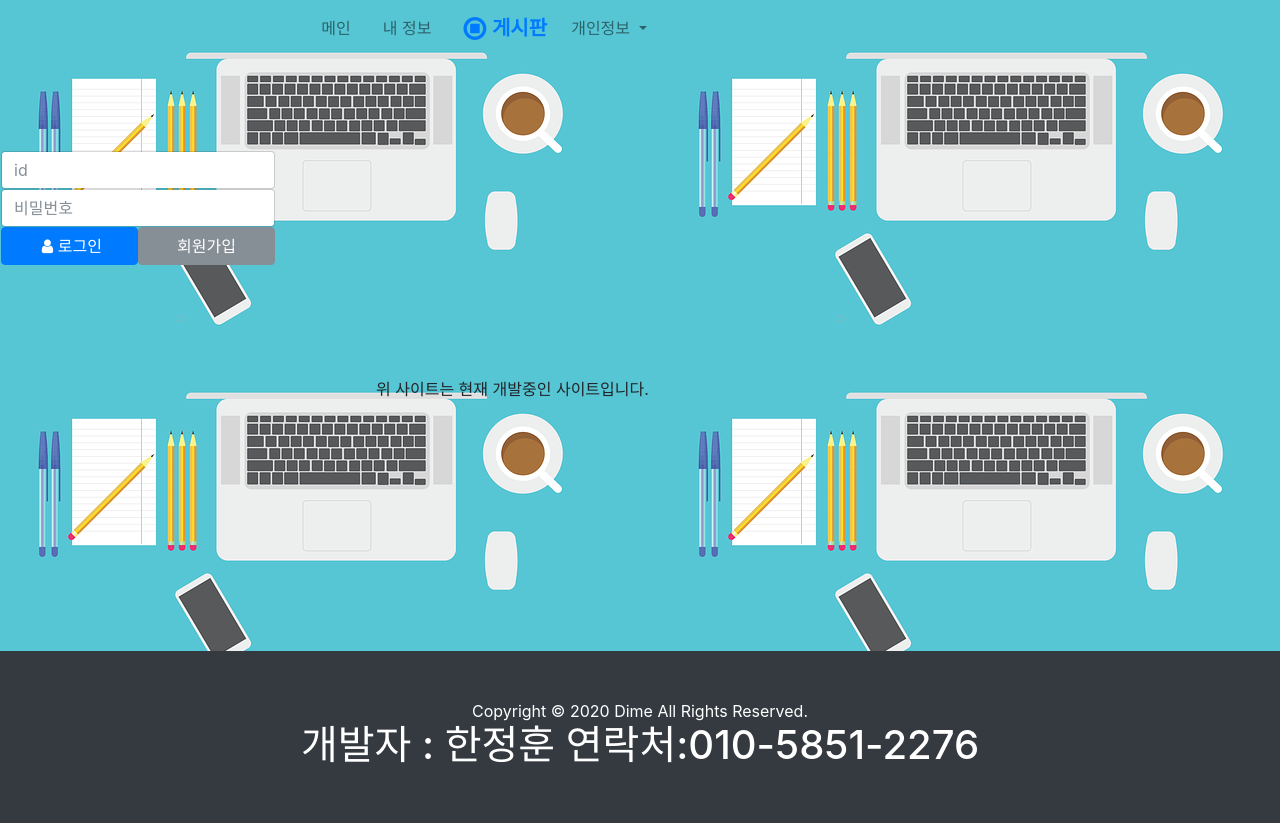
Repository: elecdime/jspboard
Page: http://localhost/BBS/projectbbs/Main.jsp
The author's editor kept a copy of each file at every save. The page is drawn from the files as they stood at one save, then again after the next save.
The browser window is 1280 px wide. The pictures show the whole page.
Some web libraries are served in a nearby version. The page is served by Tomcat 9. Other server files are loaded and not shown.

Above is the page before, as saved 2020-07-08 12:42:37.

### dime/project Web/BBS/WebContent/projectbbs/Main.jsp
<%@ page language="java" contentType="text/html; charset=UTF-8"
    pageEncoding="UTF-8"%>
<!doctype html>
<head>
   <!-- Required meta tags -->
  <meta charset="utf-8">
  <meta name="viewport" content="width=device-width, initial-scale=1, shrink-to-fit=no">
<meta http-equiv="Content-Type" content="text/html; charset=UTF-8" />
  <!-- Bootstrap CSS -->
  <link rel="stylesheet" href="https://maxcdn.bootstrapcdn.com/bootstrap/4.0.0-beta/css/bootstrap.min.css" integrity="sha384-/Y6pD6FV/Vv2HJnA6t+vslU6fwYXjCFtcEpHbNJ0lyAFsXTsjBbfaDjzALeQsN6M" crossorigin="anonymous">
<style type="text/css">
body{
background-image: url('back.jpg');'

}



</style>
<title>게시판 연습</title>
  </head>
  <body>


        <div id="TOP" style="width:960px;height:150px;">
            <%@ include file="Top.jsp" %>
        </div>

        <table width="960px">
            <tr>
                <td width="160" valign="top">
                    <%@ include file="left.jsp" %>
                </td>
                <td width="800" valign="#" style="padding-left: 100px">
                    <table width="100%" height="475" cellpadding="0" cellspacing="0" >
                        <tr >
                            <td border="3px">
                             위 사이트는 현재 개발중인 사이트입니다.


                            </td>
                        </tr>

                    </table>
                </td>
            </tr>

        </table>
    <footer id = "bottom">
    <%@ include file="bottom.jsp" %>
</footer>














 <script src="https://code.jquery.com/jquery-3.2.1.slim.min.js" integrity="sha384-KJ3o2DKtIkvYIK3UENzmM7KCkRr/rE9/Qpg6aAZGJwFDMVNA/GpGFF93hXpG5KkN" crossorigin="anonymous"></script>
  <script src="https://cdnjs.cloudflare.com/ajax/libs/popper.js/1.11.0/umd/popper.min.js" integrity="sha384-b/U6ypiBEHpOf/4+1nzFpr53nxSS+GLCkfwBdFNTxtclqqenISfwAzpKaMNFNmj4" crossorigin="anonymous"></script>
  <script src="https://maxcdn.bootstrapcdn.com/bootstrap/4.0.0-beta/js/bootstrap.min.js" integrity="sha384-h0AbiXch4ZDo7tp9hKZ4TsHbi047NrKGLO3SEJAg45jXxnGIfYzk4Si90RDIqNm1" crossorigin="anonymous"></script>
  </body>
</html>

### dime/project Web/BBS/WebContent/projectbbs/Top.jsp
<%@ page language="java" contentType="text/html; charset=UTF-8"
    pageEncoding="UTF-8"%>
    <html>
    <head>

 <link rel="stylesheet" href="https://cdnjs.cloudflare.com/ajax/libs/font-awesome/4.7.0/css/font-awesome.min.css" type="text/css">
 </head>
  <nav class="navbar navbar-expand-md navbar-light">
    <div class="container justify-content-center"> <button class="navbar-toggler navbar-toggler-right border-0" type="button" data-toggle="collapse" data-target="#navbar3">
        <span class="navbar-toggler-icon"></span>
      </button>
      <div class="collapse navbar-collapse text-center justify-content-center" id="navbar3">
        <ul class="navbar-nav">
          <li class="nav-item mx-2"> <a class="nav-link" href="Main.jsp">메인</a> </li>
          <li class="nav-item mx-2"> <a class="nav-link" href="info.jsp">내 정보</a> </li>
          <li class="nav-item mx-2"> <a class="nav-link navbar-brand mr-0 text-primary" href="bbs.jsp"><i class="fa d-inline fa-lg fa-stop-circle-o"></i>
              <b> 게시판 </b></a> </li>

               <li class="nav-item dropdown">
          <a class="nav-link dropdown-toggle" href="#" id="navbarDropdownMenuLink" data-toggle="dropdown" aria-haspopup="true" aria-expanded="false">
  개인정보
        </a>
        <div class="dropdown-menu" aria-labelledby="navbarDropdownMenuLink">
          <a class="dropdown-item" href="left.jsp">로그인</a>
          <a class="dropdown-item" href="register.jsp">회원가입</a>

        </div>
        </li>
      </div>
    </div>
  </nav>
  <div class="py-5">
    <div class="container">
      <div class="row">
        <div class="col-md-12"></div>
      </div>
    </div>
  </div>

</html>

### dime/project Web/BBS/WebContent/projectbbs/left.jsp
<%@ page language="java" contentType="text/html; charset=UTF-8"
    pageEncoding="UTF-8"%>
<%@ page import = "java.sql.*" %>

    <html>
    <head>
 <meta http-equiv="Content-Type" content="text/html; charset=UTF-8" />
 <link rel="stylesheet" href="https://cdnjs.cloudflare.com/ajax/libs/font-awesome/4.7.0/css/font-awesome.min.css" type="text/css">
 </head>



 <%  if(session.getAttribute("id")==null){ //세션이 설정되지 않을 경우 참조  %>



<form class="form-inline" action="login.jsp" method="get">
            <div class="form-group">
              <input type="text" class="form-control" name ="id" id="id" placeholder="id"> </div>
            <div class="form-group form-row">
              <div class="col-sm-10"><input type="password" class="form-control " name = "pw" id="pw" placeholder="비밀번호"></div>
            </div>
            <button class="btn btn-primary align-items-center col-sm-6" ><i class="fa fa-user fa-fw"></i>로그인</button>
            <a class="btn btn-secondary col-sm-6" href="register.jsp" style=""></i> 회원가입 </a>
          </form><% }else{ %>
<form method="post" action="logout.jsp">
	<%=session.getAttribute("id") %>님 환영합니다~

	<input type="submit" value="로그아웃" />
</form>
<button onClick="location.href='info.jsp'"> 개인정보 변경</button>
<% if(session.getAttribute("id").equals("admin")){
	%>

	<button onClick="location.href='#'"> 관리자 페이지</button>

<%} %>

<% } %>

### dime/project Web/BBS/WebContent/projectbbs/bottom.jsp


<%@ page language="java" contentType="text/html; charset=UTF-8"
    pageEncoding="UTF-8"
    import="java.sql.*"%>
<%
    request.setCharacterEncoding("utf-8");
%>
<!DOCTYPE html PUBLIC "-//W3C//DTD HTML 4.01 Transitional//EN" "http://www.w3.org/TR/html4/loose.dtd">
<html>
<head>
<meta http-equiv="Content-Type" content="text/html; charset=utf-8">

<body>
<footer class="bg-dark mt-4 p-5 text-center" style="color:#FFFFFF;">


Copyright &copy; 2020 Dime All Rights Reserved.<br>
<h1>개발자 : 한정훈  연락처:010-5851-2276</h1>
</footer>
</body>
</html>

After the next save:
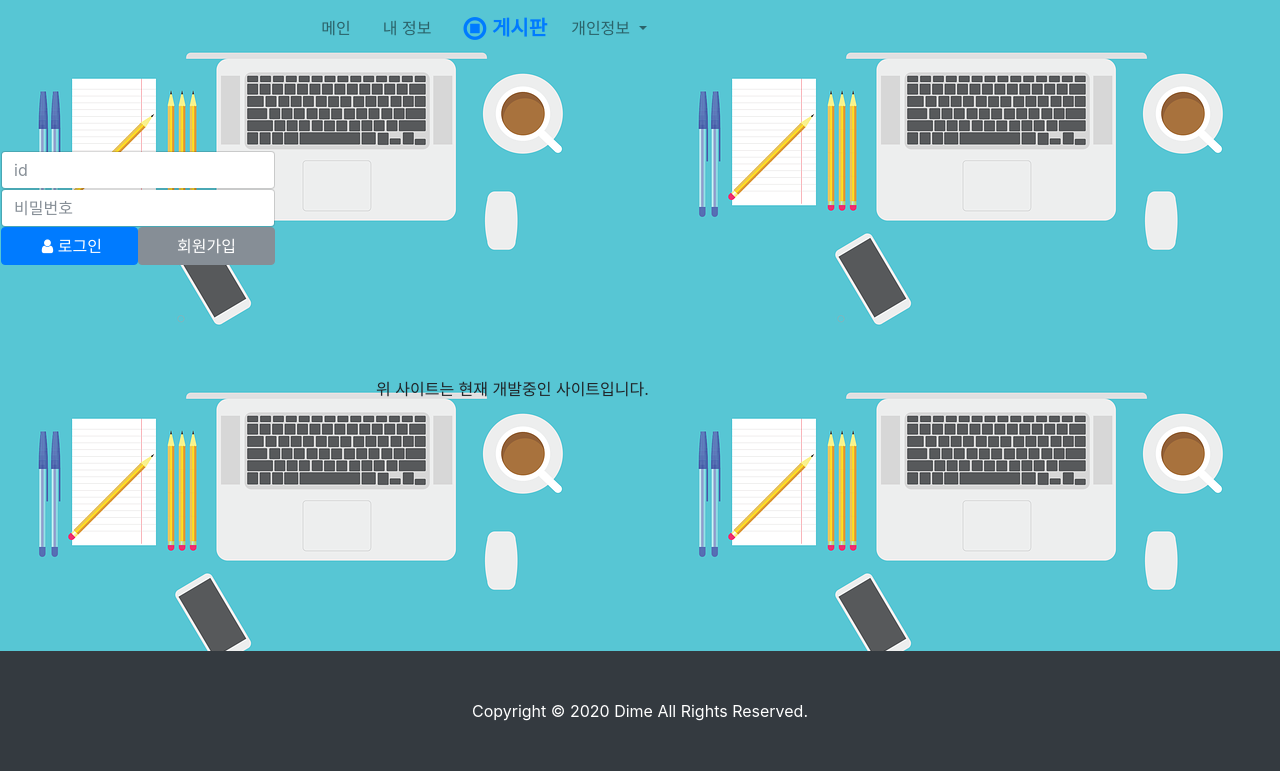
Saved 5 s later.
--- a/dime/project Web/BBS/WebContent/projectbbs/bottom.jsp
+++ b/dime/project Web/BBS/WebContent/projectbbs/bottom.jsp
@@ -16,7 +16,7 @@
 
 
 Copyright &copy; 2020 Dime All Rights Reserved.<br>
-<h1>개발자 : 한정훈  연락처:010-5851-2276</h1>
+
 </footer>
 </body>
 </html>
